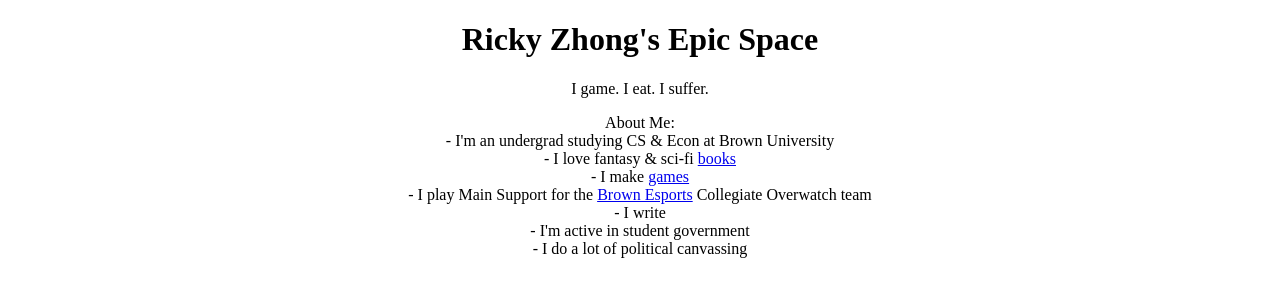
Repository: rickydaricky/rickydaricky.github.io
Page: index.html
An editor plug-in stored every save of this project. The page is shown before and after the next save, followed by the edit.
The browser window is 1280 px wide. The pictures show the whole page.

Above is the page before, as saved 2021-11-26 01:18:04.

After the next save:
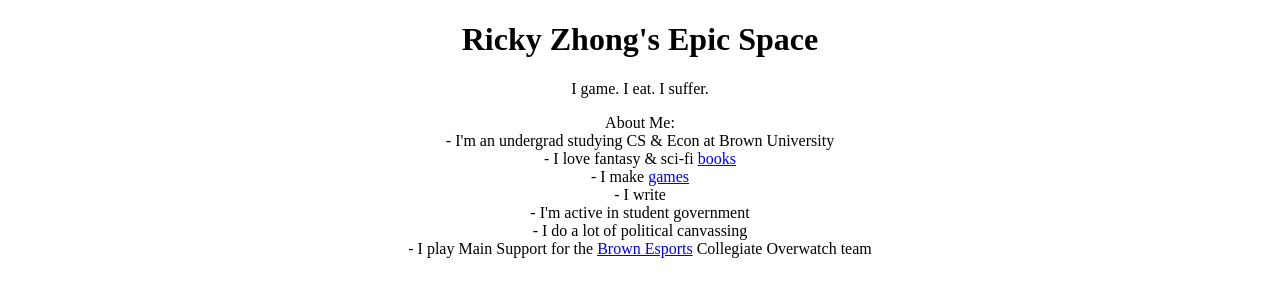
Saved 27 s later.
--- a/index.html
+++ b/index.html
@@ -8,18 +8,21 @@
       <br />
       - I'm an undergrad studying CS & Econ at Brown University
       <br />
-      - I love fantasy & sci-fi <a href="https://goodreads.com/rickydaricky">books</a>
+      - I love fantasy & sci-fi
+      <a href="https://goodreads.com/rickydaricky">books</a>
       <br />
-      - I make <a href="https://rickydaricky.itch.io/">games</a>
-      <br />
-      - I play Main Support for the <a href="https://brownesports.org/">Brown Esports</a> Collegiate Overwatch team
+      - I make
+      <a href="https://rickydaricky.itch.io/">games</a>
       <br />
       - I write
       <br />
       - I'm active in student government
       <br />
       - I do a lot of political canvassing
-
+      <br />
+      - I play Main Support for the
+      <a href="https://brownesports.org/">Brown Esports</a>
+      Collegiate Overwatch team
     </p>
   </body>
 </html>
